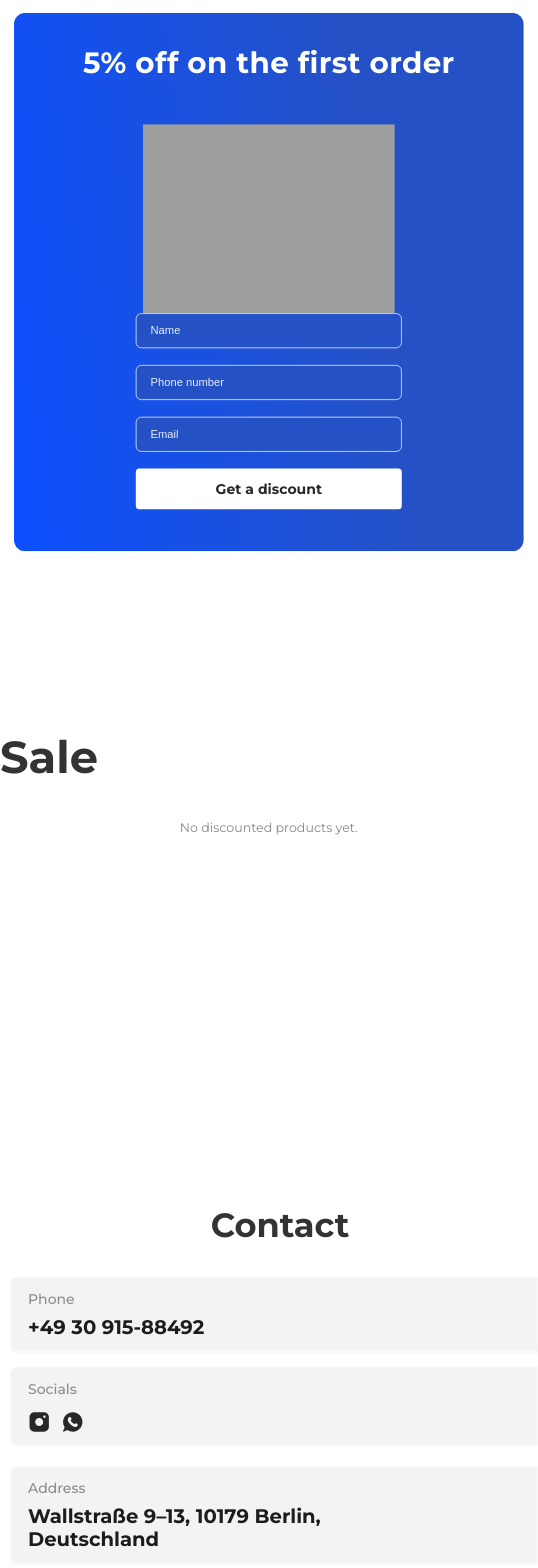
Repository: jursylian/PET-INTERNET-SHOP-PROJECT
Page: /
These files come from the project's save history. The page is drawn as it stood at one moment and after the next save; the edit follows.
The browser window is 768 px wide. The pictures show the part of the page from y = 1339 to 3579 px (the page is 4107 px tall), at 70% of full size.
Pictures or frames that could not be fetched are drawn as grey boxes. The page's requests for data from a server got no answer. The project was rebuilt for these pictures with package versions that can differ from the ones it lists, and the page was loaded fresh each time. No one was signed in, and anything a server would have sent is missing. Also part of the build but not shown: vite.config.js, src/pages/CategoriesAll/CategoriesAll.module.css, src/ui/PageSection/PageSection.module.css, src/ui/PageSection/PageSection.jsx, src/pages/CategoriesAll/CategoriesAll.jsx, src/redux/productsSelectors.js, src/components/ProductFilter/ProductFilter.module.css, src/components/ProductFilter/ProductFilter.jsx and 22 more.

Above is the page before, as saved 2025-11-06 22:37:44.

### index.html
<!DOCTYPE html>
<html lang="en">
  <head>
    <meta charset="UTF-8" />
    <link rel="icon" type="image/svg+xml" href="/vite.svg" />
    <link
      href="https://fonts.googleapis.com/css2?family=Montserrat:wght@400;500;700&display=swap"
      rel="stylesheet"
    />

    <meta name="viewport" content="width=device-width, initial-scale=1.0" />
    <title>pet-internet-shop-project</title>
  </head>
  <body>
    <div id="root"></div>
    <script type="module" src="/src/main.jsx"></script>
  </body>
</html>

### src/main.jsx
import React from "react";
import ReactDOM from "react-dom/client";
import App from "./App";
import { Provider } from "react-redux";
import store from "./redux/store";
import { BrowserRouter } from "react-router-dom";
import "./index.css";

ReactDOM.createRoot(document.getElementById("root")).render(
  <BrowserRouter>
    <Provider store={store}>
      <App />
    </Provider>
  </BrowserRouter>
);

### src/App.jsx
import "./App.css";
import AppRouter from "./router/AppRouter";

function App() {
  return (
    <>
      <AppRouter />
    </>
  );
}

export default App;

### src/index.css
* {
  margin: 0;
  padding: 0;
  box-sizing: border-box;
}

html,
body {
  width: 100%;
  overflow-x: hidden;
}

body {
  font-family: "Montserrat", sans-serif;
  font-size: 16px;
  line-height: 1.5;
  color: #333;
}

img {
  max-width: 100%;
  height: auto;
  display: block;
}

### src/router/AppRouter.jsx
import { Routes, Route } from "react-router-dom";
import MainLayout from "../layouts/MainLayout/MainLayout";

import Home from "../pages/Home/Home";
import CategoriesAll from "../pages/CategoriesAll/CategoriesAll";
import AllProducts from "../pages/AllProducts/AllProducts";
import ProductDescription from "../pages/ProductDescription/ProductDescription";
import Cart from "../pages/Cart/Cart";
import NotFound from "../pages/NotFound/NotFound";
import AllSales from "../pages/AllSales/AllSales";
import CategoryPage from "../pages/CategoryPage/CategoryPage";

function AppRouter() {
  return (
    <Routes>
      <Route element={<MainLayout />}>
        <Route path="/" element={<Home />} />
        <Route path="/categories" element={<CategoriesAll />} />
        <Route path="/categories/:categoryId" element={<CategoryPage />} />
        <Route path="/discounts" element={<AllSales />} />
        <Route path="/products" element={<AllProducts />} />
        <Route path="/product/:productId" element={<ProductDescription />} />
        <Route path="/cart" element={<Cart />} />
        <Route path="*" element={<NotFound />} />
      </Route>
    </Routes>
  );
}

export default AppRouter;

### src/layouts/MainLayout/MainLayout.jsx
import { Outlet } from "react-router-dom";
import Header from "../Header/Header";
import Footer from "../Footer/Footer";

export default function MainLayout() {
  return (
    <>
      <Header />
      <main className="container mx-auto p-4 min-h-[80vh]">
        <Outlet />
      </main>
      <Footer />
    </>
  );
}

### src/pages/Home/Home.jsx
import Categories from "../../components/Categories/Categories";
import PromoBanner from "../../components/PromoBanner/PromoBanner";
import DiscountForm from "../../components/DiscountForm/DiscountForm";
import SaleSection from "../../components/SaleSection/SaleSection";
import styles from "./Home.module.css";

function Home() {
  return (
    <main className={styles.wrapper}>
      <PromoBanner />
      <Categories />
      <DiscountForm />
      <SaleSection />
    </main>
  );
}

export default Home;

### src/layouts/Header/Header.jsx
import { Link, NavLink, useLocation } from "react-router-dom";
import { useSelector } from "react-redux";
import styles from "./Header.module.css";
import logo from "../../assets/logo.svg";
import cartIcon from "../../assets/cart-icon.svg";

function Header() {
  const items = useSelector((state) => state.cart.items);
  const totalQuantity = items.reduce((sum, item) => sum + item.quantity, 0);
  const location = useLocation();

  const currentPath = location.pathname;

  return (
    <header
      className={`${styles.header} ${
        currentPath !== "/" ? styles.withDivider : ""
      }`}
    >
      <div className={styles.left}>
        <Link to="/" className={styles.logo}>
          <img src={logo} alt="Логотип" />
        </Link>
      </div>

      <nav className={styles.nav}>
        {currentPath === "/" ? (
          <span className={styles.inactive}>Main Page</span>
        ) : (
          <NavLink to="/" end>
            Main Page
          </NavLink>
        )}

        {currentPath === "/categories" ? (
          <span className={styles.inactive}>Categories</span>
        ) : (
          <NavLink to="/categories">Categories</NavLink>
        )}

        {currentPath === "/products" ? (
          <span className={styles.inactive}>All Products</span>
        ) : (
          <NavLink to="/products">All Products</NavLink>
        )}

        {currentPath === "/discounts" ? (
          <span className={styles.inactive}>All Sales</span>
        ) : (
          <NavLink to="/discounts">All Sales</NavLink>
        )}
      </nav>

      <div className={styles.right}>
        <Link to="/cart" className={styles.cart}>
          <img src={cartIcon} alt="Корзина" />
          {totalQuantity > 0 && (
            <span className={styles.count}>{totalQuantity}</span>
          )}
        </Link>
      </div>
    </header>
  );
}

export default Header;

### src/components/Categories/Categories.jsx
import { useNavigate } from "react-router-dom";
import { useEffect, useState } from "react";
import axios from "axios";
import styles from "./Categories.module.css";

const Categories = () => {
  const navigate = useNavigate();
  const [categories, setCategories] = useState([]);

  useEffect(() => {
    const fetchCategories = async () => {
      try {
        const res = await axios.get("http://localhost:3333/categories/all");
        setCategories(res.data.slice(0, 4));
      } catch (err) {
        console.error("Ошибка загрузки категорий:", err);
      }
    };

    fetchCategories();
  }, []);

  return (
    <section className={styles.categories}>
      <div className={styles.header}>
        <h2 className={styles.title}>Categories</h2>
        <div className={styles.line}></div>
        <button
          onClick={() => navigate("/categories")}
          className={styles.showAllBtn}
        >
          All categories
        </button>
      </div>

      <div className={styles.cards}>
        {categories.map(({ id, title, image }) => (
          <div
            key={id}
            className={styles.card}
            onClick={() => navigate(`/categories/${id}`)}
          >
            <img
              src={`http://localhost:3333${image}`}
              alt={title}
              className={styles.image}
            />
            <p className={styles.label}>{title}</p>
          </div>
        ))}
      </div>
    </section>
  );
};

export default Categories;

### src/components/PromoBanner/PromoBanner.jsx
import { Link } from "react-router-dom";
import styles from "./PromoBanner.module.css";
import bannerImage from "../../assets/background.png";

function PromoBanner() {
  return (
    <section className={styles.hero}>
      <img src={bannerImage} alt="Баннер" className={styles.image} />

      <div className={styles.content}>
        <h1>
          Amazing Discounts <br />
          on Pets Products!
        </h1>

        <Link to="/discounts" className={styles.button}>
          Check out
        </Link>
      </div>
    </section>
  );
}

export default PromoBanner;

### src/pages/Home/Home.module.css
/* Home.module.css */
.wrapper {
  display: flex;
  flex-direction: column;
  gap: 80px;
  padding: 40px 0;
}

.section {
  display: flex;
  flex-direction: column;
  gap: 24px;
}

.title {
  font-size: 28px;
  font-weight: 600;
}

.grid {
  display: grid;
  grid-template-columns: repeat(auto-fill, minmax(220px, 1fr));
  gap: 24px;
}

.message {
  font-size: 16px;
  color: #555;
}

### src/layouts/Footer/Footer.module.css
.footer {
  width: 100%;
  max-width: 1360px;
  margin: 106px auto 0;
  padding-bottom: 60px;
}

.contact {
  font-size: 64px;
  margin-bottom: 40px;
}

.info {
  display: flex;
  flex-direction: column;
  gap: 32px;
}

.container {
  display: grid;
  grid-template-columns: 2fr 1fr;
  gap: 32px;
}

.card,
.icons {
  background-color: #f1f3f4;
  padding: 1rem 1.5rem;
  border-radius: 8px;
  box-shadow: 0 2px 6px rgba(0, 0, 0, 0.05);
  display: flex;
  flex-direction: column;
  justify-content: center;
  gap: 0.5rem;
  transition: transform 0.3s ease, box-shadow 0.3s ease;
}

.card:hover,
.icons:hover {
  transform: translateY(-2px);
  box-shadow: 0 4px 12px rgba(0, 0, 0, 0.08);
}

.text {
  font-weight: 500;
  font-size: 20px;
  color: #8b8b8b;
}

.textInfo {
  font-weight: 600;
  font-size: 40px;
  color: #1c1c1c;
  line-height: 1.2;
  word-break: break-word;
}
.socialsMedien {
  display: flex;
  align-items: center;
  gap: 16px;
  margin-top: 8px;
}

.socialLink img {
  width: 32px;
  height: 32px;
  object-fit: contain;
  transition: transform 0.3s ease, filter 0.3s ease;
}

.socialLink:hover img {
  transform: scale(1.15);
  filter: brightness(0) saturate(100%) invert(33%) sepia(97%) saturate(7492%)
    hue-rotate(218deg) brightness(101%) contrast(103%);
}

.map {
  margin-top: 48px;
}

.iframe {
  width: 100%;
  max-width: 100%;
  height: 350px;
  border-radius: 8px;
  display: block;
  border: none;
}

@media (max-width: 1024px) {
  .container {
    display: flex;
    flex-direction: column;
    gap: 24px;
  }

  .contact {
    font-size: 48px;
    text-align: center;
  }

  .textInfo {
    font-size: 28px;
  }

  .footer {
    margin: 80px 1rem 0;
  }

  .iframe {
    height: 300px;
  }
}

@media (max-width: 600px) {
  .contact {
    font-size: 36px;
    margin-bottom: 20px;
    text-align: center;
  }

  .text {
    font-size: 16px;
    text-align: center;
  }

  .textInfo {
    font-size: 22px;
    text-align: center;
  }

  .socialsMedien {
    justify-content: center;
  }

  .socialLink img {
    width: 28px;
    height: 28px;
  }

  .iframe {
    height: 250px;
  }

  .map {
    margin-top: 32px;
  }
}

### src/components/Categories/Categories.module.css
.categories {
  height: auto;
  min-height: 560px;
  border-radius: 10px;
  width: 100%;
  max-width: 1360px;
  margin: 0 auto;
  padding-bottom: 10px;
  margin-top: 106px;
}

.header {
  display: flex;
  align-items: center;
  margin-bottom: 40px;
  gap: 0;
}

.title {
  font-family: Montserrat;
  font-weight: 700;
  font-size: 64px;
  margin-right: 32px;
  white-space: nowrap;
}

.line {
  flex: 1;
  height: 1px;
  background-color: #dddddd;
  margin-right: -1px;
}

.showAllBtn {
  border: 1px solid #dddddd;
  border-radius: 5px;
  background-color: white;
  padding: 8px 16px;
  color: #8b8b8b;
  cursor: pointer;
  transition: all 0.3s ease;
}

.showAllBtn:hover {
  background-color: #7e7b7b;
  color: white;
  transform: translateY(-2px);
  box-shadow: 0 4px 8px rgba(0, 0, 0, 0.1);
}

.showAllBtn:active {
  background-color: #0d50ff;
  transform: scale(0.98);
  box-shadow: inset 0 2px 4px rgba(0, 0, 0, 0.2);
}

.cards {
  display: grid;
  grid-template-columns: repeat(4, 1fr);
  gap: 32px;
  justify-items: center;
}

.card {
  position: relative;
  text-align: center;
  cursor: pointer;
}

.image {
  width: 316px;
  height: 350px;
  object-fit: cover;
  border-radius: 12px;
  transition: transform 0.3s ease, box-shadow 0.3s ease;
}

.image:hover {
  transform: translateY(-6px) scale(1.05);
  box-shadow: 0 8px 16px rgba(0, 0, 0, 0.1);
}

.label {
  font-weight: 500;
  font-size: 20px;
  color: #282828;
  margin-top: 16px;
  line-height: 130%;
}

@media (max-width: 1280px) {
  .cards {
    grid-template-columns: repeat(3, 1fr);
  }
}

@media (max-width: 900px) {
  .cards {
    grid-template-columns: repeat(2, 1fr);
  }

  .title {
    font-size: 48px;
  }
}

@media (max-width: 600px) {
  .header {
    flex-direction: column;
    align-items: center;
    gap: 16px;
  }

  .title {
    font-size: 36px;
    margin-right: 0;
  }

  .line {
    width: 100%;
    margin: 0;
  }

  .showAllBtn {
    font-size: 14px;
    padding: 6px 10px;
  }

  .cards {
    grid-template-columns: 1fr;
    gap: 24px;
  }

  .image {
    width: 90%;
    height: auto;
  }
}

### src/components/PromoBanner/PromoBanner.module.css
.hero {
  position: relative;
  width: 100%;
  height: 520px;
  overflow: hidden;
  margin-top: -40px;
}

.image {
  position: absolute;
  top: 0;
  left: 0;
  width: 100%;
  height: 100%;
  object-fit: cover;
  z-index: 1;
}

.content {
  position: relative;
  z-index: 2;
  color: #fff;
  text-align: left;
  padding-left: 80px;
  transform: translateY(50px);
}

.content h1 {
  font-size: 96px;
  font-weight: 700;
  margin-bottom: 40px;
  line-height: 1.1;
}

.button {
  display: inline-block;
  background: #0d50ff;
  color: #fff;
  font-weight: 600;
  font-size: 20px;
  border: none;
  border-radius: 8px;
  cursor: pointer;
  transition: background-color 0.2s ease, transform 0.2s ease;
  padding: 16px 36px;
  text-decoration: none;
  box-sizing: border-box;
}

.button:hover {
  background-color: #0036cc;
  transform: translateY(-3px);
  box-shadow: 0px 12px 20px rgba(13, 80, 255, 0.4);
}

/* ---------------- АДАПТИВ ---------------- */

/* 📱 Чуть меньше экранов — уменьшаем заголовок */
@media (max-width: 1200px) {
  .content h1 {
    font-size: 72px;
  }
  .content {
    padding-left: 60px;
    transform: translateY(40px);
  }
}

/* 📲 Ещё меньше — делаем кнопку компактнее */
@media (max-width: 992px) {
  .content h1 {
    font-size: 56px;
  }
  .button {
    font-size: 18px;
    padding: 14px 28px;
  }
  .content {
    padding-left: 40px;
    transform: translateY(30px);
  }
}

/* 📉 При 768px — перестраиваем контент вниз и по центру */
@media (max-width: 768px) {
  .hero {
    height: auto;
    padding: 60px 20px;
  }

  .content {
    text-align: center;
    padding: 0;
    transform: none;
  }

  .content h1 {
    font-size: 48px;
    line-height: 1.2;
  }

  .button {
    margin-top: 20px;
    font-size: 16px;
    padding: 12px 24px;
  }
}

/* 📱 На совсем маленьких экранах — кнопка остаётся, просто чуть меньше */
@media (max-width: 480px) {
  .content h1 {
    font-size: 36px;
  }

  .button {
    font-size: 14px;
    padding: 10px 20px;
  }
}

### src/ui/Input/Input.jsx
import styles from "./Input.module.css";

const Input = ({
  type = "text",
  name,
  label,
  placeholder,
  value,
  onChange,
  error,
  id,
  ...rest
}) => {
  const inputId = id || name;

  return (
    <div className={styles.field}>
      {label && (
        <label htmlFor={inputId} className={styles.label}>
          {label}
        </label>
      )}
      <input
        id={inputId}
        type={type}
        name={name}
        placeholder={placeholder}
        value={value}
        onChange={onChange}
        aria-invalid={!!error}
        aria-describedby={error ? `${inputId}-error` : undefined}
        className={`${styles.input} ${error ? styles.errorBorder : ""}`}
        autoComplete="off"
        {...rest}
      />
      {error && (
        <p id={`${inputId}-error`} className={styles.error}>
          {error}
        </p>
      )}
    </div>
  );
};

export default Input;

### src/ui/Button/Button.jsx
import { useState } from "react";
import styles from "./Button.module.css";

const Button = ({ children, onClick, type = "button", disabled = false }) => {
  const [submitted, setSubmitted] = useState(false);

  const handleClick = async (e) => {
    if (onClick) {
      const result = await onClick(e);

      if (result === true) {
        setSubmitted(true);
        setTimeout(() => setSubmitted(false), 3000);
      }
    }
  };

  return (
    <button
      type={type}
      onClick={handleClick}
      className={`${styles.button} ${submitted ? styles.submitted : ""}`}
      disabled={disabled || submitted}
    >
      {submitted ? "Request submitted" : children}
    </button>
  );
};

export default Button;

### src/components/DiscountForm/DiscountForm.module.css
.wrapper {
  max-width: 1395px;
  width: 100%;
  margin: 60px auto;
  border-radius: 16px;
  overflow: hidden;
  padding: 0 20px; /* чтобы контент не прилипал к краю на малых экранах */
}

.discountSection {
  position: relative;
  background: linear-gradient(261.47deg, #2451c6 32.63%, #0d50ff 98.96%);
  border-radius: 16px;
  padding: 60px 80px 0;
  display: flex;
  flex-direction: column;
  justify-content: space-between;
  min-height: 485px;
  overflow: hidden;
}

.title {
  color: #ffffff;
  font-weight: 800;
  font-size: 64px;
  text-align: center;
  margin-bottom: 40px;
  letter-spacing: 0.5px;
}

.content {
  display: flex;
  justify-content: space-between;
  align-items: flex-end;
  position: relative;
  gap: 40px;
}

.imageWrap {
  flex: 0 0 60%;
  display: flex;
  align-items: flex-end;
  justify-content: flex-start;
}

.animals {
  width: 110%;
  height: auto;
  object-fit: contain;
  margin-bottom: 0;
}

.form {
  flex: 0 0 40%;
  display: flex;
  flex-direction: column;
  gap: 24px;
  align-items: stretch;
  justify-content: flex-end;
  padding-bottom: 32px;
}

/* ✅ адаптив */
@media (max-width: 1200px) {
  .discountSection {
    padding: 40px 40px 0;
  }

  .title {
    font-size: 48px;
  }

  .animals {
    width: 100%;
  }
}

@media (max-width: 1024px) {
  .discountSection {
    padding: 40px 24px;
  }

  .title {
    font-size: 42px;
    margin-bottom: 24px;
  }

  .content {
    flex-direction: column;
    align-items: center;
    gap: 32px;
  }

  .form {
    width: 100%;
    max-width: 380px;
    padding-bottom: 20px;
  }

  .imageWrap {
    justify-content: center;
  }

  .animals {
    width: 90%;
    transform: translateY(32px);
  }
}

@media (max-width: 600px) {
  .title {
    font-size: 32px;
  }

  .form {
    gap: 16px;
  }

  .discountSection {
    padding: 24px 16px;
  }
}

### src/components/SaleSection/SaleSection.module.css
.section {
  height: auto;
  min-height: 560px;
  border-radius: 10px;
  width: 100%;
  max-width: 1360px;
  margin: 106px auto 0;
  padding-bottom: 10px;
}

.header {
  display: flex;
  align-items: center;
  margin-bottom: 40px;
}

.line {
  width: 1100px;
  height: 1px;
  background-color: #dddddd;
}

.sectionTitle {
  font-weight: 700;
  font-size: 64px;
  margin-right: 32px;
}

.showAllButton {
  border: 1px solid #dddddd;
  border-radius: 5px;
  background-color: white;
  padding: 8px 16px;
  color: #8b8b8b;
  cursor: pointer;
  transition: all 0.3s ease;
}

.showAllButton:hover {
  background-color: #7e7b7b;
  color: white;
  transform: translateY(-2px);
  box-shadow: 0 4px 8px rgba(0, 0, 0, 0.1);
}

.showAllButton:active {
  background-color: #0d50ff;
  transform: scale(0.98);
  box-shadow: inset 0 2px 4px rgba(0, 0, 0, 0.2);
}

.card {
  position: relative;
  background-color: #fff;
  border-radius: 16px;
  overflow: hidden;
  border: 1px solid #e0e0e0;
  transition: transform 0.2s ease;
  cursor: pointer;
  display: flex;
  flex-direction: column;
  align-items: center;
}

.card:hover {
  transform: translateY(-4px);
}

.imageLink {
  display: block;
}

.cardImage {
  object-fit: contain;
  width: 316px;
  height: auto;
  display: block;
}

.cardInfo {
  width: 100%;
  border-top: 1px solid #e0e0e0;
  padding: 16px 12px;
  display: flex;
  flex-direction: column;
}

.cardTitle {
  color: #333;
  text-align: center;
  margin: 16px 0 8px 10px;
  padding: 0 12px;

  font-weight: 500;
  font-size: 20px;
  line-height: 130%;
  white-space: nowrap;
  overflow: hidden;
  text-overflow: ellipsis;
  max-width: 100%;
}

.priceRow {
  display: flex;
  flex-direction: row;
  gap: 10px;
  align-items: center;
  justify-content: flex-start;
  margin: 16px 0 10px 25px;
}

.newPrice {
  margin-bottom: 12px;
  font-weight: 600;
  font-size: 40px;
  line-height: 110%;
}

.oldPrice {
  font-size: 16px;
  color: #999;
  text-decoration: line-through;
  margin-left: 8px;
}

.discountBadge {
  position: absolute;
  top: 12px;
  right: 12px;
  background-color: #0d50ff;
  color: #fff;
  font-weight: 400;
  font-size: 20px;
  border-radius: 8px;
  display: flex;
  align-items: center;
  justify-content: center;
  z-index: 2;
  width: 68px;
  height: 34px;
}

.empty {
  text-align: center;
  font-size: 18px;
  color: #888;
  margin-top: 40px;
}

.cardsGrid {
  display: grid;
  grid-template-columns: repeat(4, 1fr);
  gap: 32px;
}

@media (max-width: 1200px) {
  .cardsGrid {
    grid-template-columns: repeat(3, 1fr);
  }
}

@media (max-width: 900px) {
  .cardsGrid {
    grid-template-columns: repeat(2, 1fr);
  }
}

@media (max-width: 600px) {
  .cardsGrid {
    grid-template-columns: 1fr;
  }
}

### src/ui/Input/Input.module.css
.field {
  width: 100%;
  display: flex;
  flex-direction: column;
  gap: 6px;
}

.label {
  font-size: 16px;
  font-weight: 500;
  color: #ffffff;
}

.input {
  width: 100%;
  height: 58px;
  padding: 16px 32px;
  border-radius: 8px;
  border: 1px solid #ffffff;
  background-color: #2451c6;
  color: #ffffff;
  font-size: 18px;

  transition: all 0.25s ease;
}

.input::placeholder {
  color: rgba(255, 255, 255, 0.9);
  font-size: 16px;
}

.input:hover {
  background-color: #2e5fe0;
  border-color: #cfe0ff;
}

.input:focus {
  outline: none;
  border-color: #80b3ff;
  background-color: #2b5ce0;
  box-shadow: 0 0 10px rgba(128, 179, 255, 0.5);
}

.error {
  font-size: 14px;
  color: #ffcccc;
  margin-top: 4px;
}

.errorBorder {
  border-color: #ff5555;
  background-color: #2a3fa3;
}

@media (max-width: 768px) {
  .input {
    height: 50px;
    padding: 14px 20px;
    font-size: 16px;
  }

  .label {
    font-size: 14px;
  }
}

### src/ui/Button/Button.module.css
.button {
  padding: 16px 32px;
  width: 100%;
  height: 58px;
  font-family: Montserrat, sans-serif;
  font-weight: 600;
  font-size: 20px;
  border: none;
  border-radius: 5px;
  cursor: pointer;
  background-color: #fff;
  color: #282828;
  transition: all 0.3s ease;
}

/* при наведении */
.button:hover {
  background-color: #282828;
  color: #fff;
}

/* активное состояние (после отправки) */
.button.submitted {
  background-color: #fff;
  color: #0d50ff;
  border: 2px solid #0d50ff;
  cursor: default;
  transition: all 0.3s ease;
}

/* убираем hover для состояния submitted */
.button.submitted:hover {
  background-color: #fff;
  color: #0d50ff;
}

Loaded but not shown: src/redux/productSlice.js (51 lines, source omitted); src/redux/cartSlice.js (38 lines, source omitted); src/redux/store.js (12 lines, source omitted); src/components/DiscountForm/DiscountForm.jsx (91 lines, source omitted); src/components/SaleSection/SaleSection.jsx (89 lines, source omitted); src/layouts/Footer/Footer.jsx (68 lines, source omitted); src/layouts/Header/Header.module.css (186 lines, source omitted); src/App.css (no stored copy; drawn as an empty file)

After the next save:
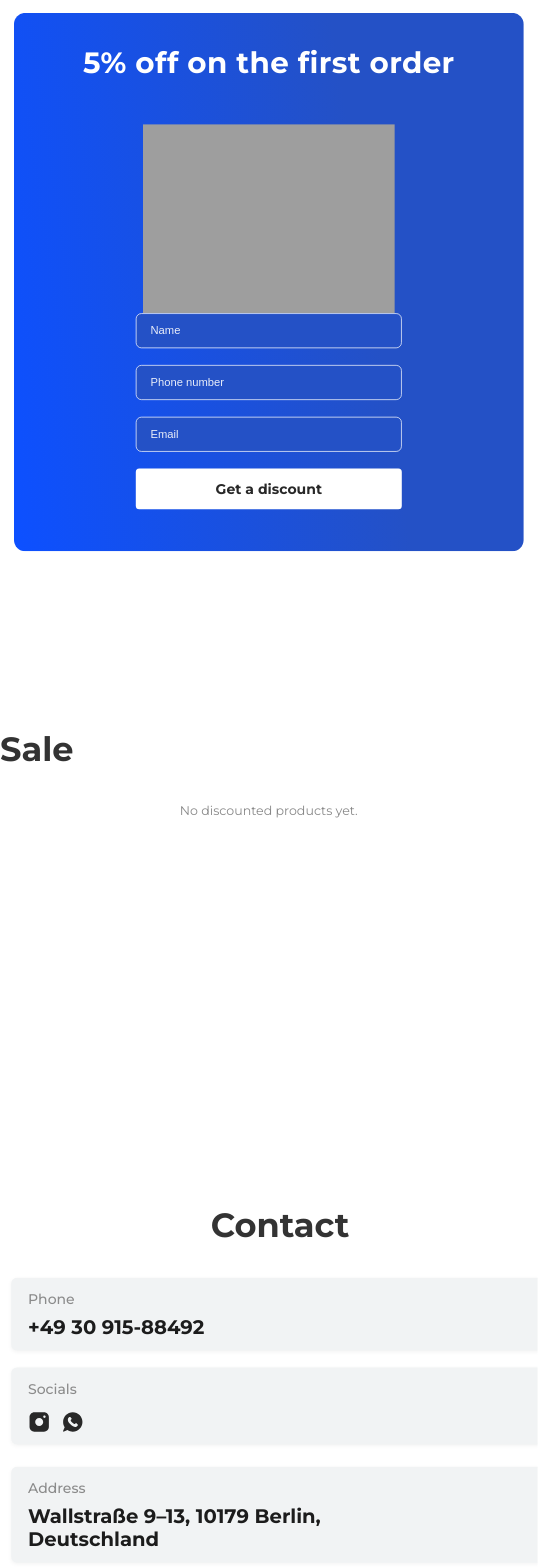
Saved 2 min 0 s later.
--- a/src/components/SaleSection/SaleSection.module.css
+++ b/src/components/SaleSection/SaleSection.module.css
@@ -163,6 +163,10 @@
   .cardsGrid {
     grid-template-columns: repeat(2, 1fr);
   }
+
+  .sectionTitle {
+    font-size: 48px;
+  }
 }
 
 @media (max-width: 600px) {
